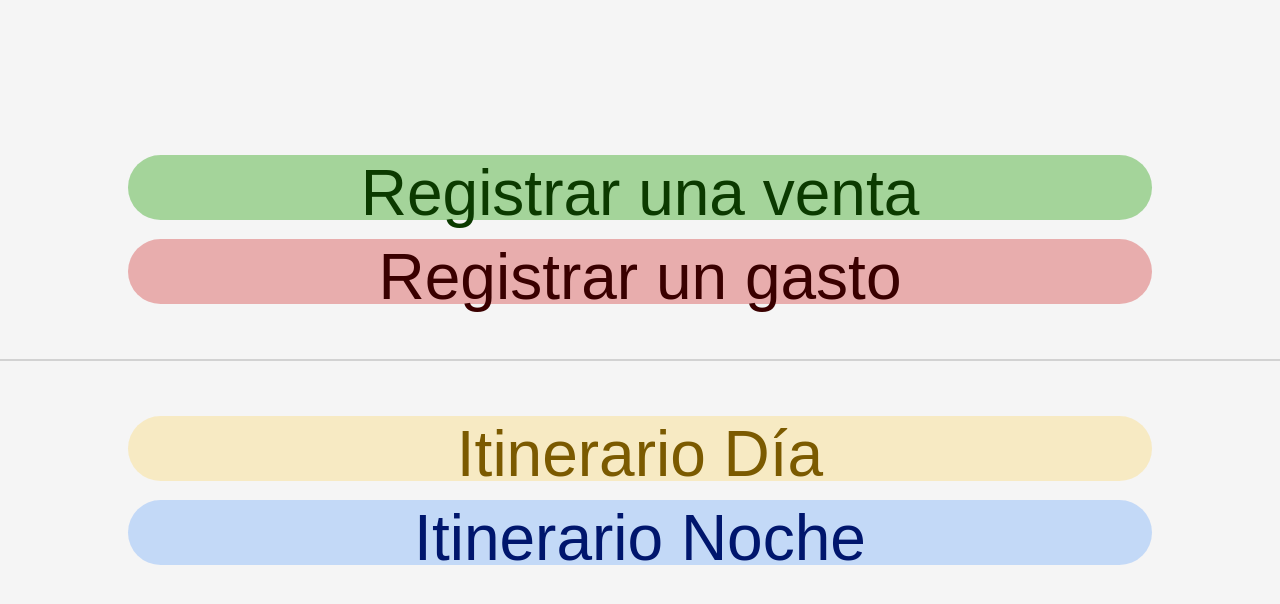
Repository: aCoupon0/intranet
Page: index.html
An editor plug-in stored every save of this project. The page is shown before and after the next save, followed by the edit.
The browser window is 1280 px wide. The pictures show the whole page.

Above is the page before, as saved 2024-12-13 13:08:13.

### index.html
<!DOCTYPE html>
<html lang="es">
<head>
    <meta charset="UTF-8">
    <meta name="viewport" content="width=device-width, initial-scale=1.0">
    <title>Intranet DermaBox</title>
    <link rel="stylesheet" href="css/main.css">
</head>
<body>
    <button class="venta">Registrar una venta</button>
    <button class="gasto">Registrar un gasto</button>
    <div class="separador"></div>
    <button class="dia">Itinerario Día</button>
    <button class="noche">Itinerario Noche</button>

    <script>
        const ventaButton = document.querySelector('.venta');
        ventaButton.addEventListener('click', () => {
            window.location.href = '1/venta-1.html';
        });

        const gastoButton = document.querySelector('.gasto');
        gastoButton.addEventListener('click', () => {
            window.location.href = '1/gasto.html';
        });

        const itiDiaButton = document.querySelector('.dia');
        itiDiaButton.addEventListener('click', () => {
            window.location.href = '1/iti-dia.html';
        });

        const itiNocheButton = document.querySelector('.noche');
        itiNocheButton.addEventListener('click', () => {
            window.location.href = '1/iti-noche.html';
        });
    </script>
</body>
</html>

### css/main.css
/* main.css */
body {
    font-family: 'Roboto', system-ui, -apple-system, BlinkMacSystemFont, 'Segoe UI', sans-serif;
    margin: 0;
    padding: 0;
    display: flex;
    justify-content: center;
    align-items: center;
    height: 100vh;
    flex-direction: column;
    background-color: #f5f5f5;
    color: #333;
    gap: 1.5vw;
}
h1 {
    font-size: 2rem;
}

button {
    width: 80%;
    height: 9vh;
    border: none;
    border-radius: 10vw;
    font-size: 5vw;
}

button:hover {
    background-color: rgba(0, 0, 0, 0.48);
    color: white;
}

.separador {
    width: 100%;
    height: 2px;
    background-color: #5c5c5c3a;
    border: 5vw;
    margin-top: 5vh;
    margin-bottom: 5vh;
}

.venta {
    background-color: rgba(28, 155, 0, 0.372);
    color: rgb(11, 58, 0);
}

.gasto {
    background-color: rgba(202, 0, 0, 0.294);
    color: rgb(58, 0, 0);
}

.dia {
    background-color: rgba(255, 192, 1, 0.203);
    color: rgb(123, 90, 0);
}

.noche {
    background-color: rgba(1, 107, 255, 0.203);
    color: rgb(0, 22, 109);
}

After the next save:
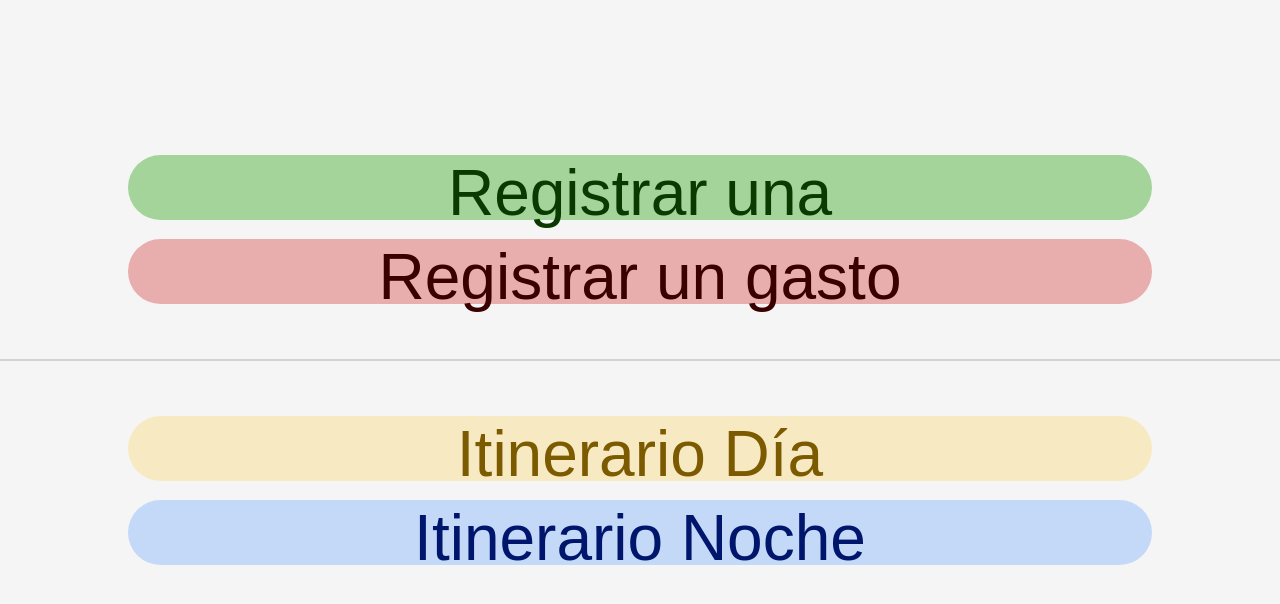
Saved 8 min 56 s later.
--- a/index.html
+++ b/index.html
@@ -7,7 +7,7 @@
     <link rel="stylesheet" href="css/main.css">
 </head>
 <body>
-    <button class="venta">Registrar una venta</button>
+    <button class="venta">Registrar una </button>
     <button class="gasto">Registrar un gasto</button>
     <div class="separador"></div>
     <button class="dia">Itinerario Día</button>

After the save that followed:
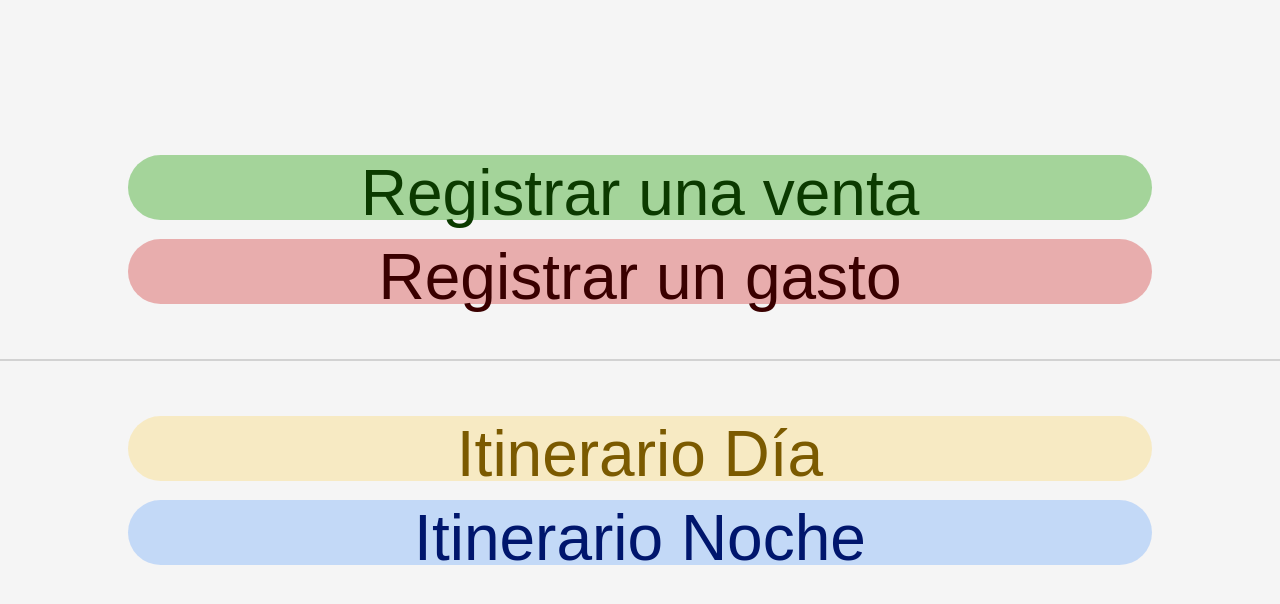
Saved 5 s later.
--- a/index.html
+++ b/index.html
@@ -7,7 +7,7 @@
     <link rel="stylesheet" href="css/main.css">
 </head>
 <body>
-    <button class="venta">Registrar una </button>
+    <button class="venta">Registrar una venta</button>
     <button class="gasto">Registrar un gasto</button>
     <div class="separador"></div>
     <button class="dia">Itinerario Día</button>
